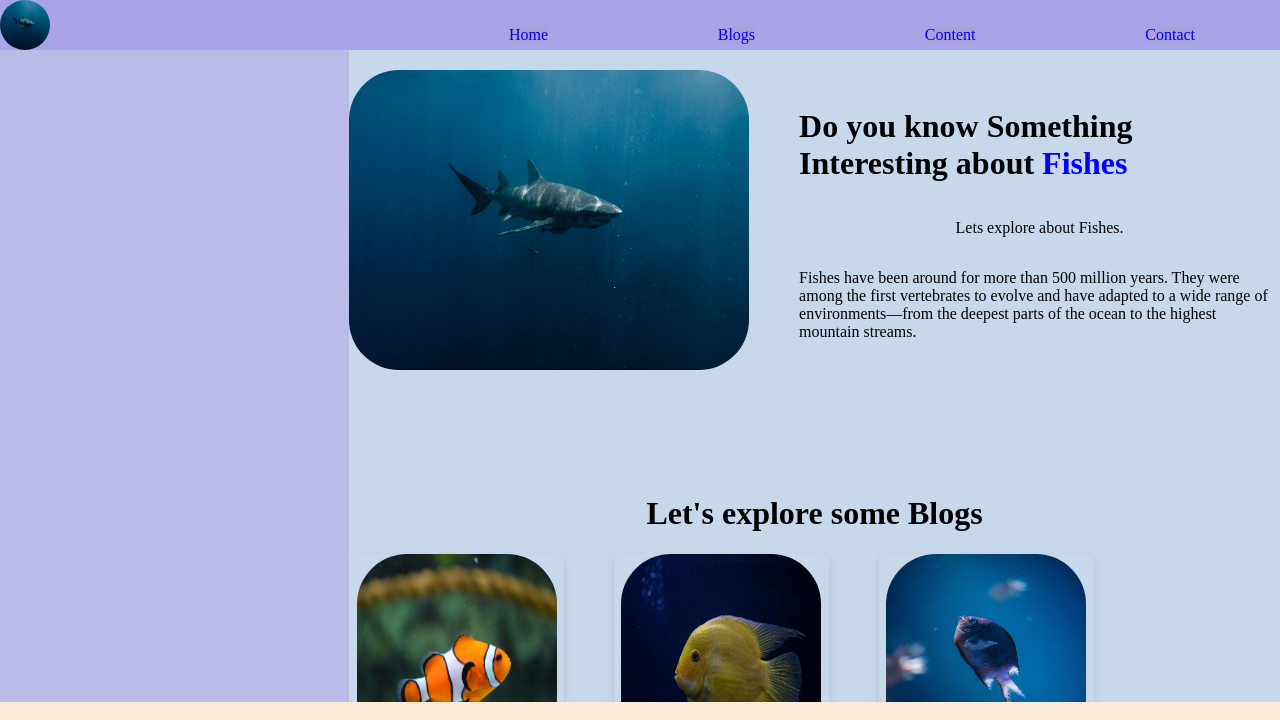
Repository: purnimapatel/fish-world
Page: index.html
These files come from the project's save history. The page is drawn as it stood at one moment and after the next save; the edit follows.
The browser window is 1280 px wide. The pictures show the whole page.
An inner scrolling area shows only its first screen.

Above is the page before, as saved 2024-08-25 17:07:48.

After the next save:
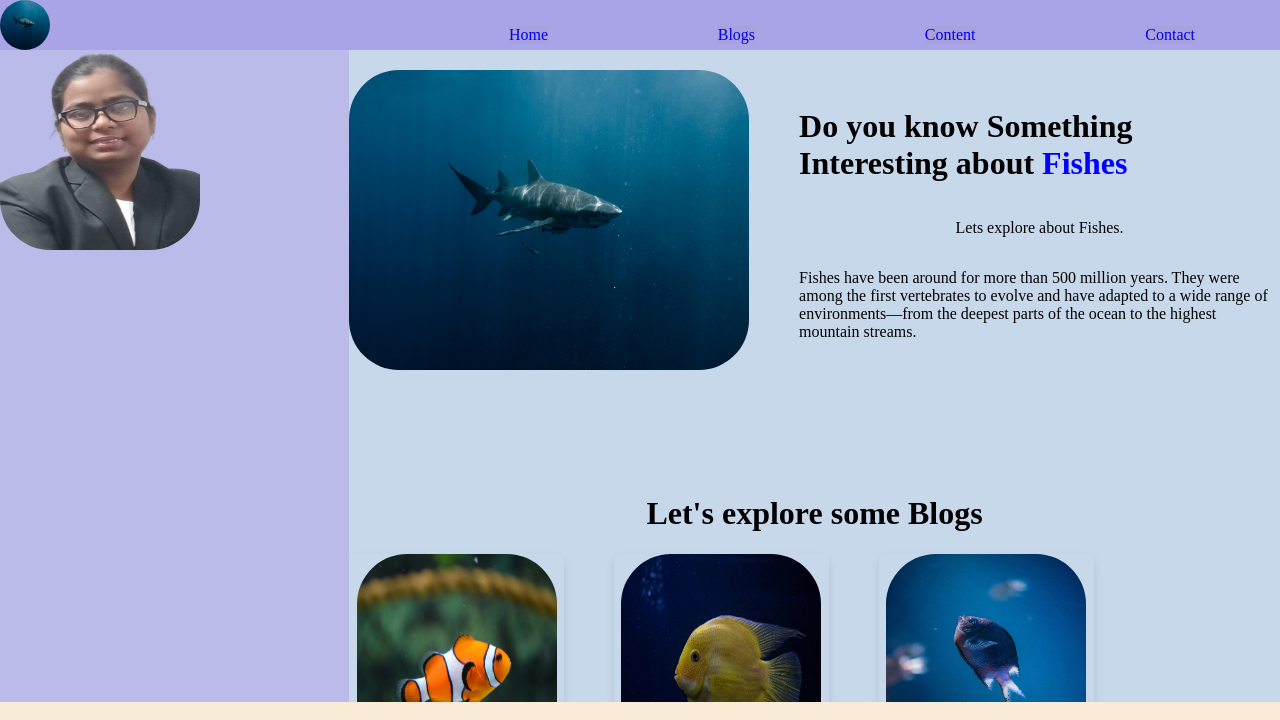
Saved 4 min 7 s later.
--- a/index.html
+++ b/index.html
@@ -27,6 +27,9 @@
         </div>
         <div class="lower">
         <div class ="leftPanel">
+            <div>
+                <a href="https://www.linkedin.com/in/anjali-patel-938pa/"><img  id = "img1"src = "img/image2.png"></a>
+            </div>
         </div>
         <div class = "mainBody">
             <div  class ="section" id="home">
